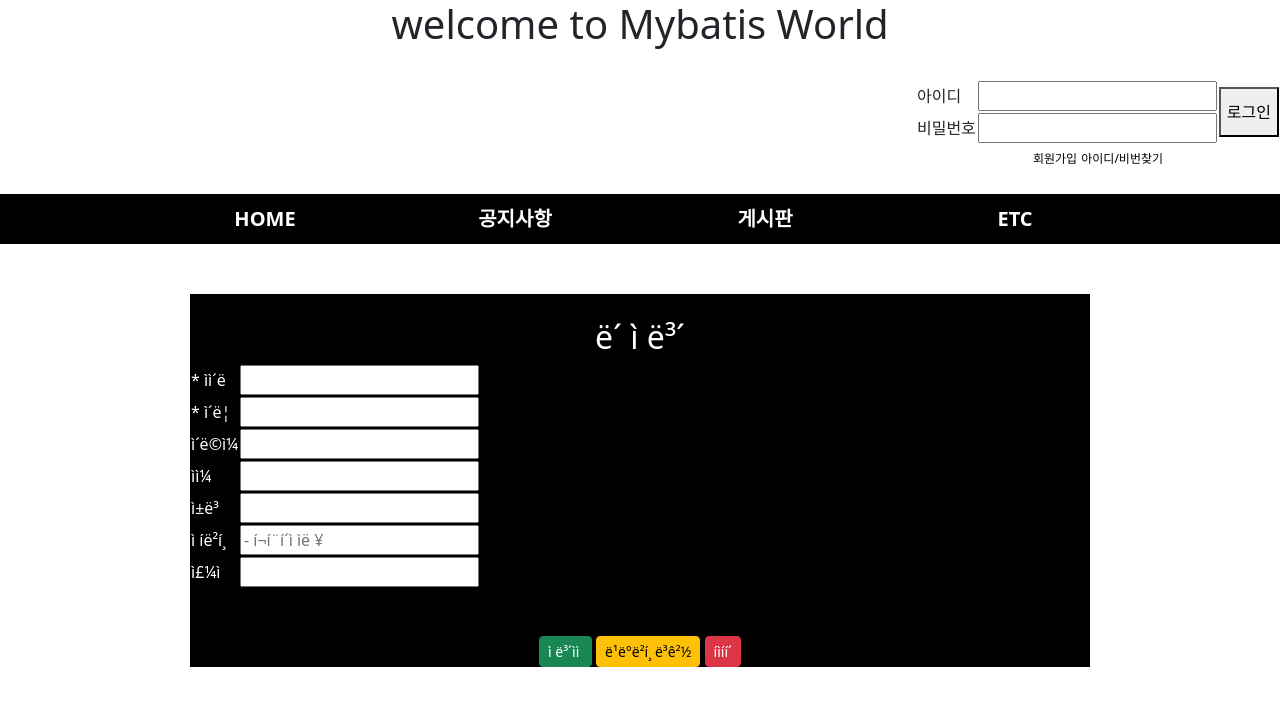
Repository: leezi0916/easyProject
Page: http://localhost/mybatisProject/views/member/myPage.jsp
The author's editor kept a copy of each file at every save. The page is drawn from the files as they stood at one save, then again after the next save.
The browser window is 1280 px wide. The pictures show the whole page.
The page is served by Tomcat 10.

Above is the page before, as saved 2025-03-09 09:01:08.

After the next save:
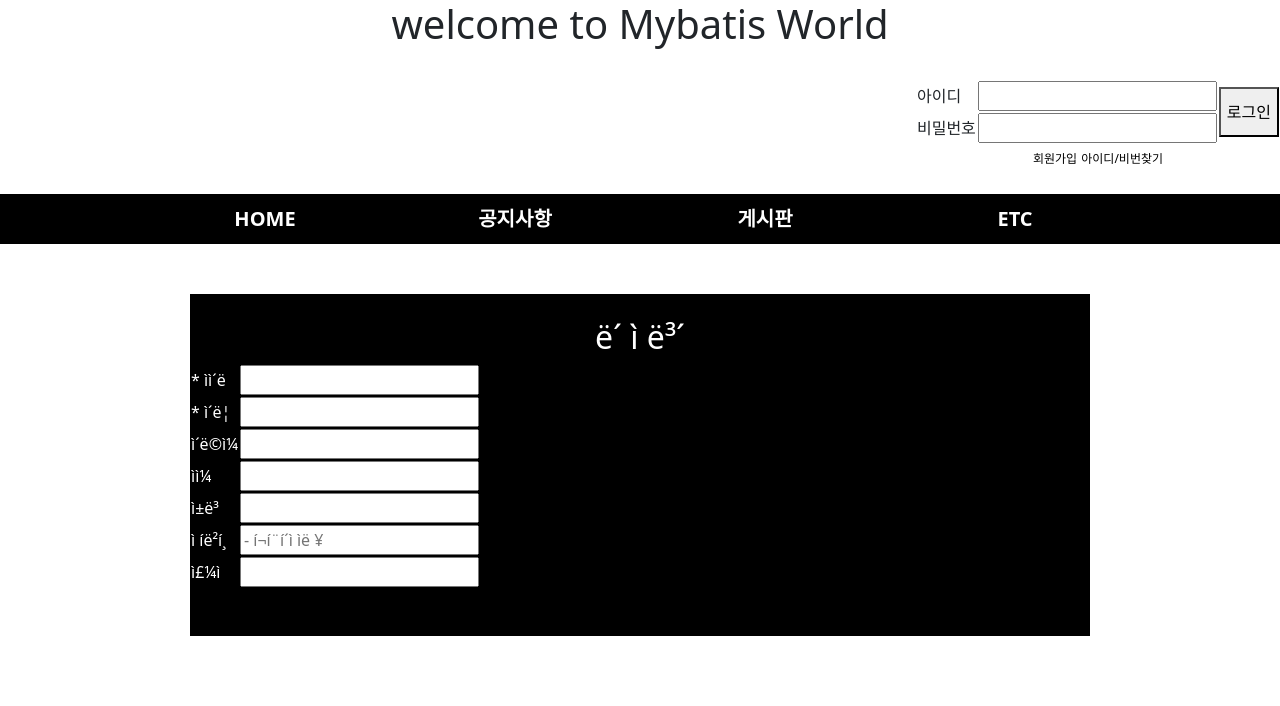
Saved 40 s later.
--- a/08_MyBatis/mybatisProject/src/main/webapp/views/member/myPage.jsp
+++ b/08_MyBatis/mybatisProject/src/main/webapp/views/member/myPage.jsp
@@ -55,11 +55,7 @@
 
 			<br><br>
 
-			<div align="center">
-				<button type="submit" class="btn btn-sm btn-success">정보수정</button>
-				<button type="button" class="btn btn-sm btn-warning" data-bs-toggle="modal" data-bs-target="#update-pwd-modal">비밀번호 변경</button>
-				<button type="button" class="btn btn-sm btn-danger" data-bs-toggle="modal" data-bs-target="#delete-member-modal">회원탈퇴</button>
-			</div>
+
 		</form>
 	</div>
 	<!--
